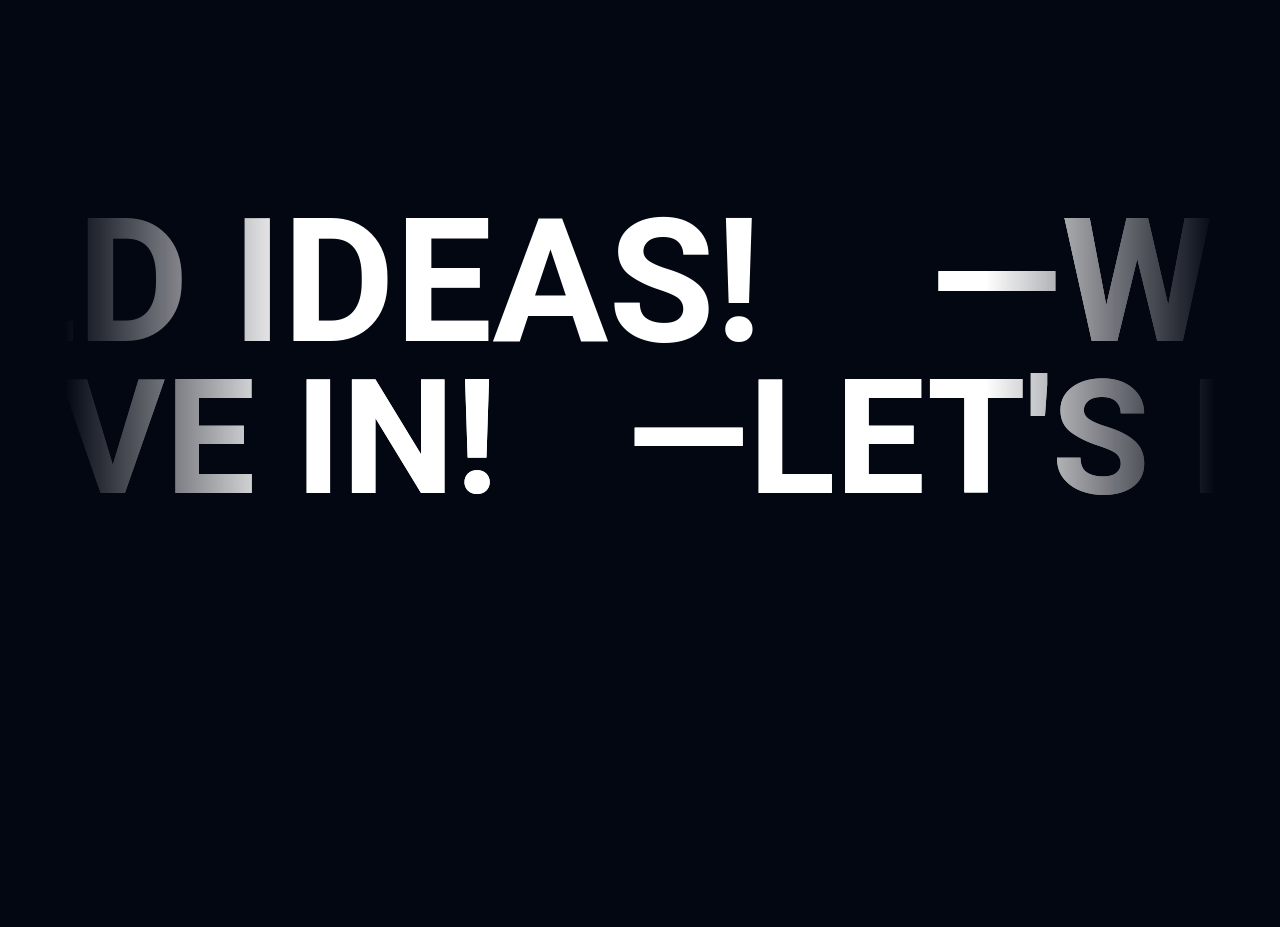
Repository: Anas-Ejaz/GBS-NEW
Page: Ahsan.html
An editor plug-in stored every save of this project. The page is shown before and after a run of saves, followed by the edit.
The browser window is 1280 px wide. The pictures show the part of the page from y = 0 to 927 px (the page is 2059 px tall).
A picture or video elsewhere on the page could not be fetched, so the positions and the page height are approximate. Some web fonts or font styles are not loaded; a fallback is used.

Above is the page before, as saved 2024-08-31 18:53:37.

After the next 3 saves:
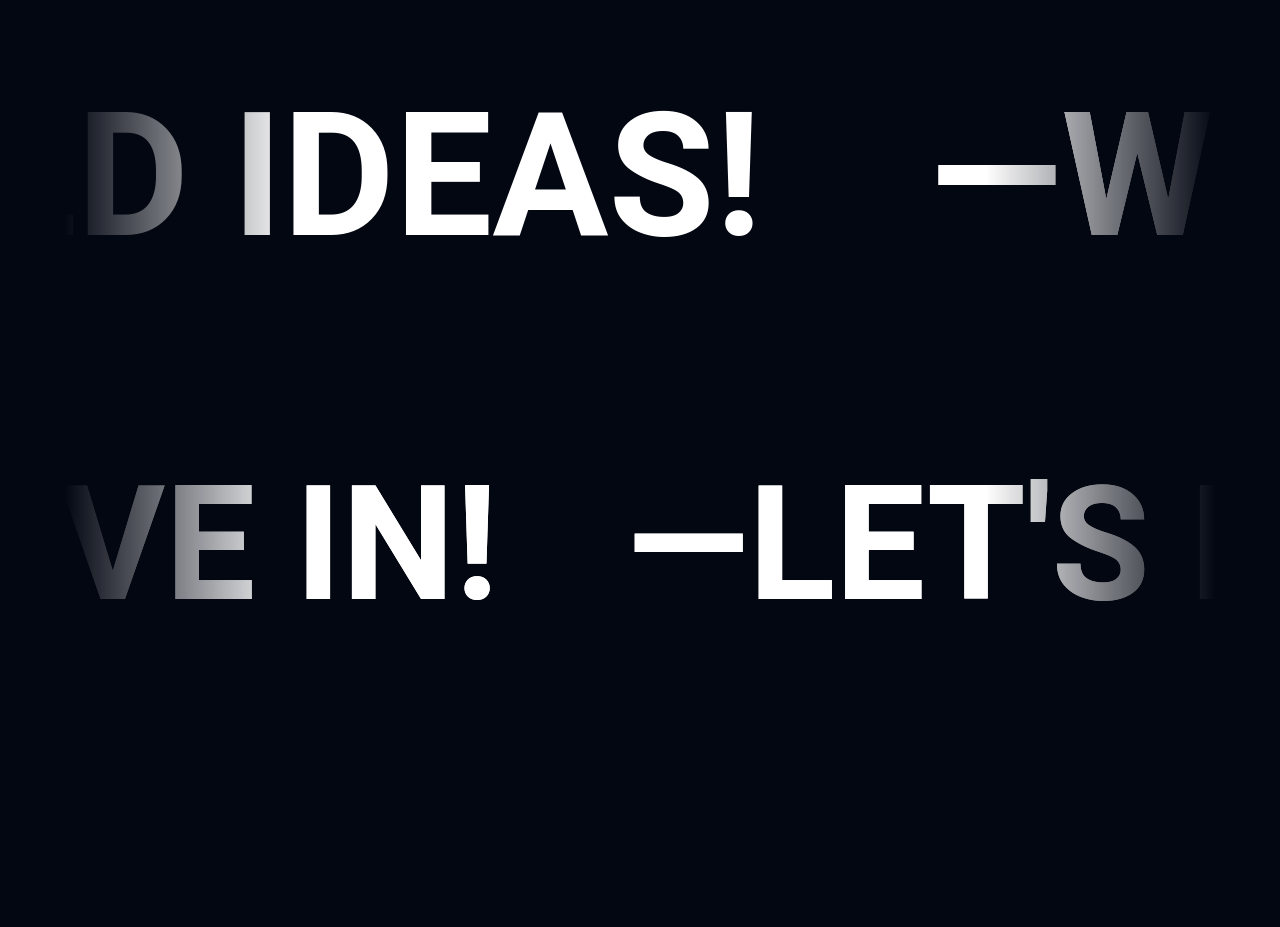
The 3 saves are shown as one change because they came seconds apart.
The last was saved 16 s later.
--- a/Ashan.css
+++ b/Ashan.css
@@ -26,7 +26,7 @@
 
 .wrapper {
   width: 90%;
-  height: 140px;
+  height: 100%;
   position: relative;
   overflow: hidden;
   mask-image: linear-gradient(

After the 2 saves that followed:
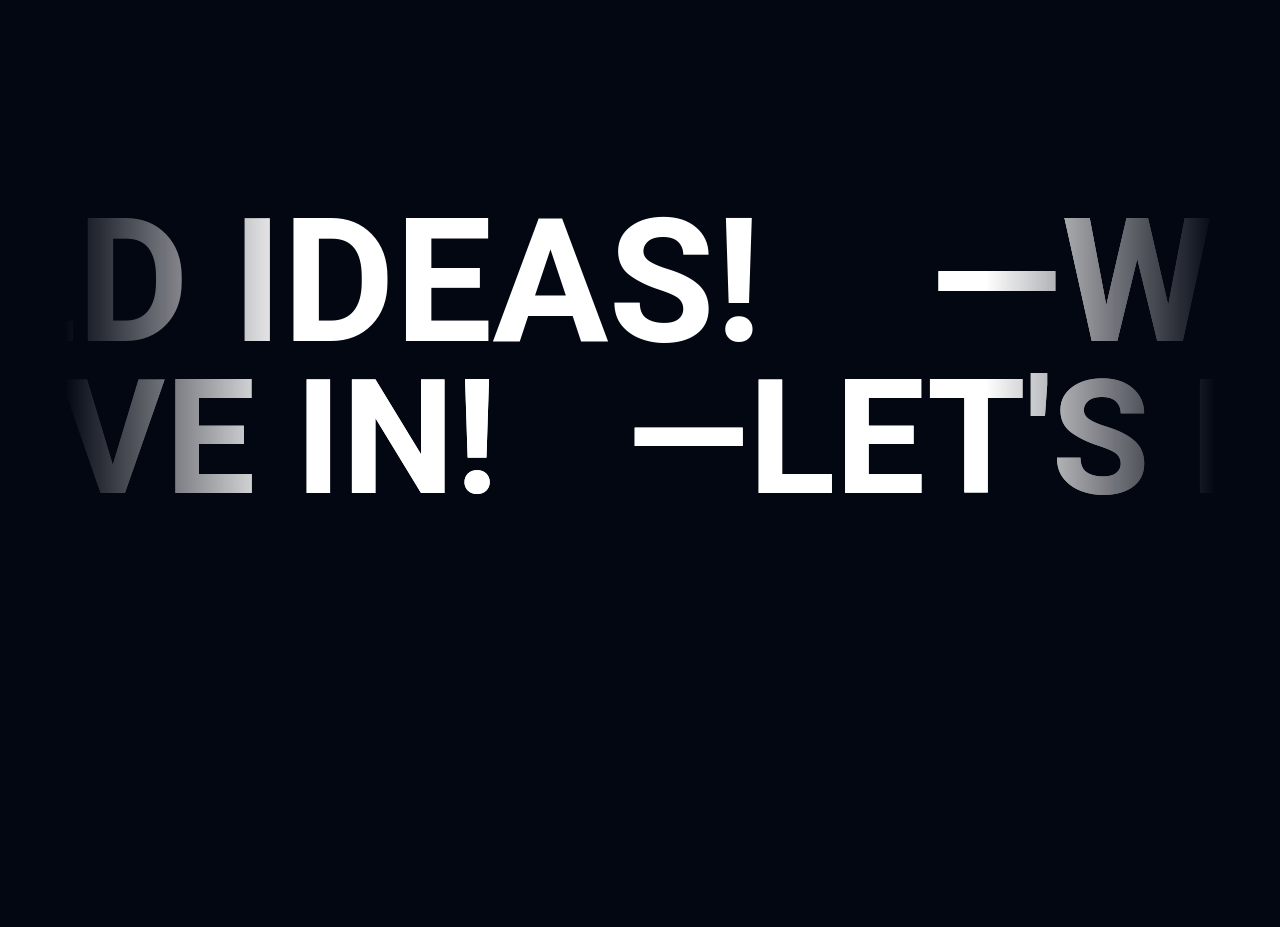
The 2 saves are shown as one change because they came seconds apart.
The last was saved 14 s later.
--- a/Ashan.css
+++ b/Ashan.css
@@ -26,7 +26,7 @@
 
 .wrapper {
   width: 90%;
-  height: 100%;
+  height: 140px;
   position: relative;
   overflow: hidden;
   mask-image: linear-gradient(
